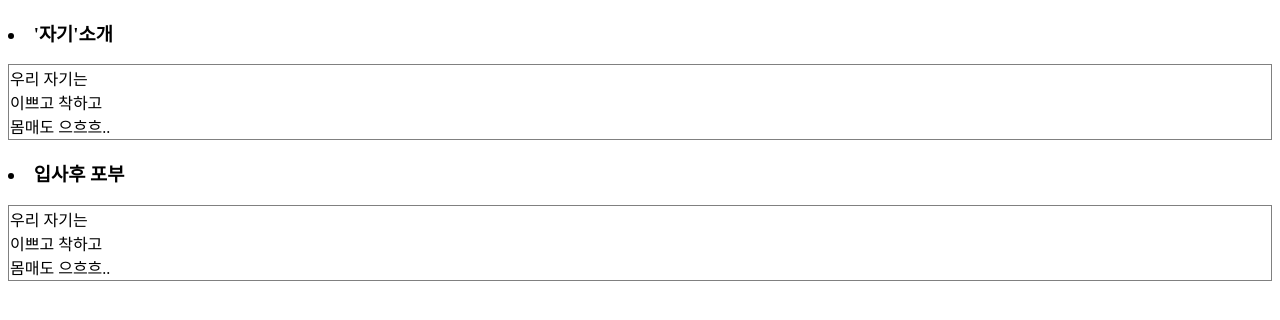
Repository: porivas/140630_Java
Page: http://localhost/web4_resume/coverletter.jsp
The author's editor kept a copy of each file at every save. The page is drawn from the files as they stood at one save, then again after the next save.
The browser window is 1280 px wide. The pictures show the whole page.
The page is served by Tomcat 9.

Above is the page before, as saved 2014-09-25 06:36:29.

### web4_resume/WebContent/coverletter.jsp
<%@ page language="java" contentType="text/html; charset=UTF-8"
    pageEncoding="UTF-8"%>
<!DOCTYPE html PUBLIC "-//W3C//DTD HTML 4.01 Transitional//EN" "http://www.w3.org/TR/html4/loose.dtd">
<html>
<head>
<meta http-equiv="Content-Type" content="text/html; charset=UTF-8">
<title>자기소개 페이지 입니다.</title>
</head>
<body>
	<h3><li>'자기'소개</h3></li>
		<div id="story1">
		<type = text/css>
		<style type="text/css">
		  table {
		     border-collapse: collapse;
		  }
		</style>
		<table border="1" width=100%>
			<tr align = "left">
				<td> 우리 자기는
				<br> 이쁘고 착하고
				<br> 몸매도 으흐흐..
				</td>
			</tr>
		</table>
		</div>
	<h3><li> 입사후 포부</h3></li>
		<div id="story2">
		<type = text/css>
		<style type="text/css">
		  table {
		     border-collapse: collapse;
		  }
		</style>
		<table border="1" width=100%>
			<tr align = "left">
				<td> 우리 자기는
				<br> 이쁘고 착하고
				<br> 몸매도 으흐흐..
				</td>
			</tr>
		</table>
		</div>
</body>
</html>

After the next save:
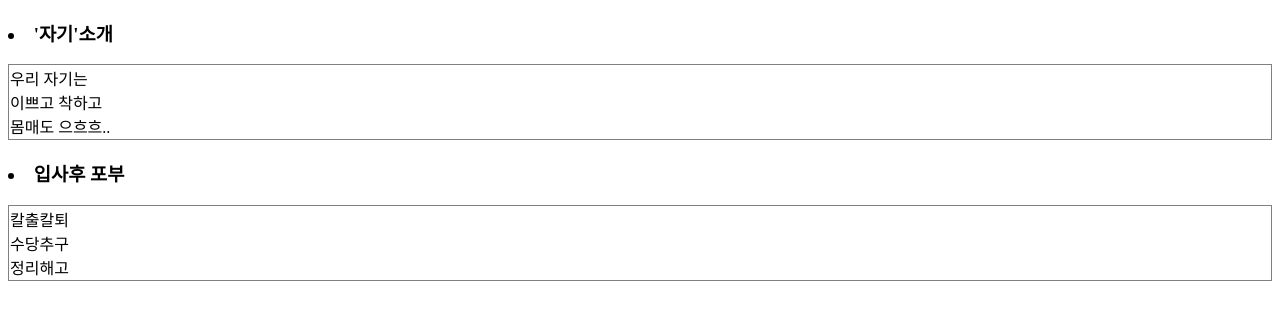
Saved 39 s later.
--- a/web4_resume/WebContent/coverletter.jsp
+++ b/web4_resume/WebContent/coverletter.jsp
@@ -34,9 +34,9 @@
 		</style>
 		<table border="1" width=100%>
 			<tr align = "left">
-				<td> 우리 자기는
-				<br> 이쁘고 착하고
-				<br> 몸매도 으흐흐..
+				<td> 칼출칼퇴
+				<br> 수당추구
+				<br> 정리해고
 				</td>
 			</tr>
 		</table>
